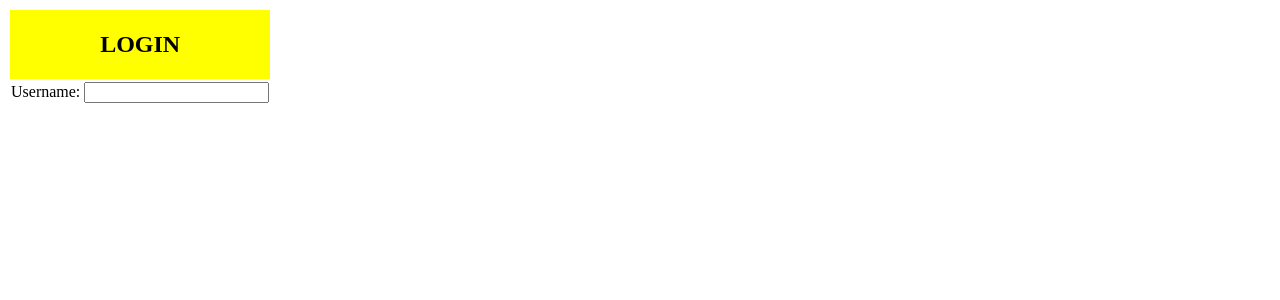
Repository: FatCat0712/JSP
Page: http://localhost/bai_21/login.jsp
An editor plug-in stored every save of this project. The page is shown before and after the next save, followed by the edit.
The browser window is 1280 px wide. The pictures show the whole page.
The page is served by Tomcat 9.

Above is the page before, as saved 2024-04-23 00:57:14.

After the next save:
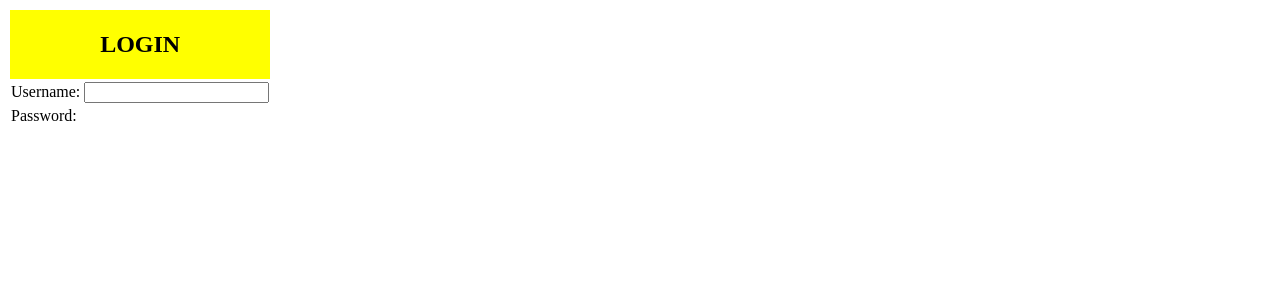
Saved 4 s later.
--- a/bai_21/src/main/webapp/login.jsp
+++ b/bai_21/src/main/webapp/login.jsp
@@ -20,7 +20,7 @@
 			</td>
 		</tr>
 		<tr>
-			<td></td>
+			<td>Password: </td>
 		</tr>
 	</table>
 </body>
